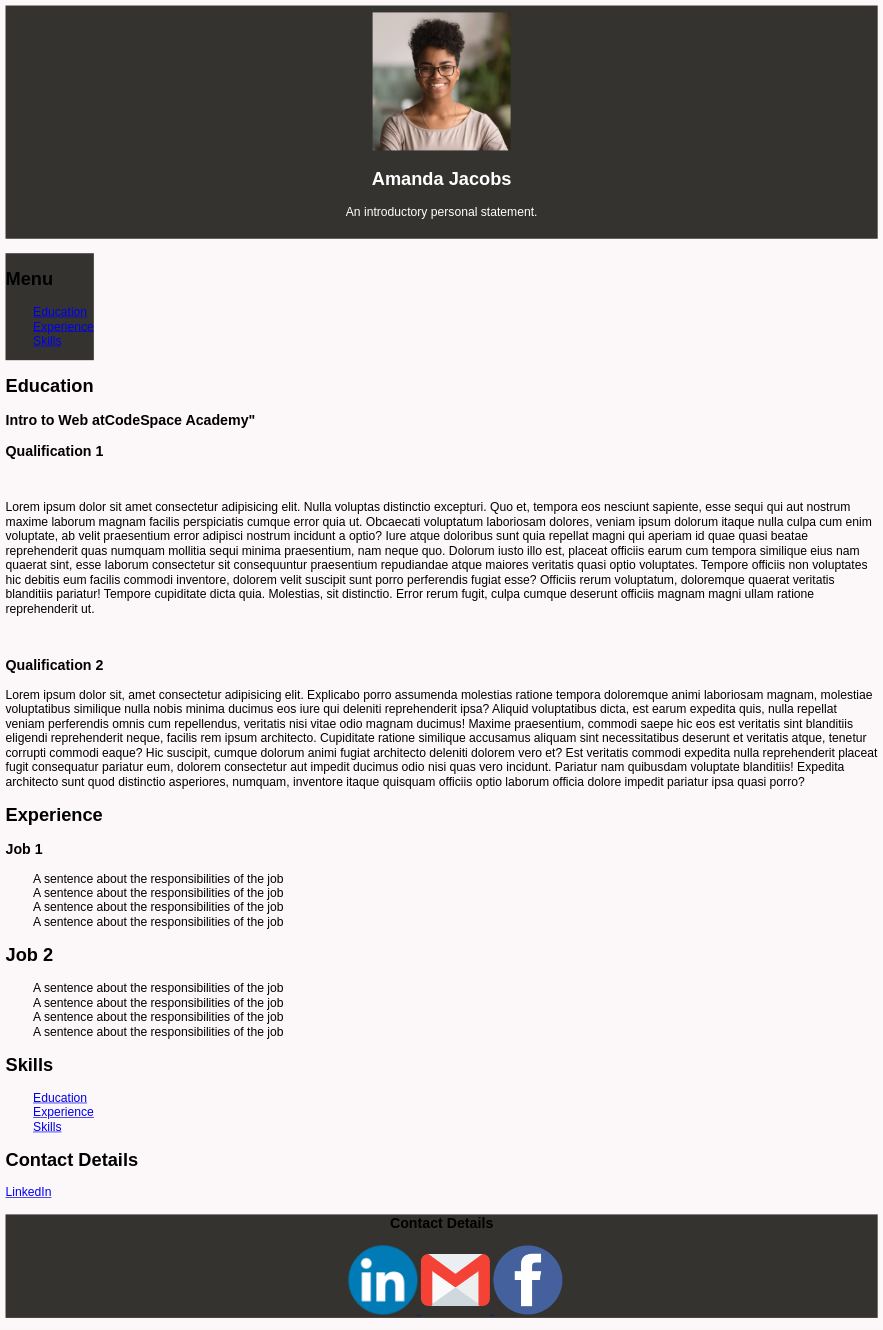
Repository: LeonardMhere/Resume-3
Page: resume `3/index.html
These files come from the project's save history. The page is drawn as it stood at one moment and after the next save; the edit follows.
The browser window is 1280 px wide. The pictures show the whole page, at 69% of full size.

Above is the page before, as saved 2023-03-23 09:24:14.

### resume `3/index.html
<!DOCTYPE html>
<html lang="en">
    <meta charset="UTF-8">
    <meta http-equiv="X-UA-Compatible" content="IE=edge">
    <meta name="viewport" content="width=device-width, initial-scale=1.0">
    <link rel="stylesheet" href="css/stylesheet.css">

<head>
    <title>Amanda Jacobs</title>
</head>

<body>


  <header id="heading">
 <aside>
   <img id="profilePhoto" src="./images/profilePhoto.jpeg" width="200px"
   alt="Error Thumbnail">

  <h1>Amanda Jacobs</h1>
  <p>An introductory personal statement.</p>

    </header>

    <br/>
<main>
  <section>
   <article>
     <div class="nav-menu">
      <nav>
        <h2>Menu</h2>

  <ul>
      <li><a href="education">Education</a></li>
      <li><a href="experience">Experience</a></li>
      <li><a href="skills">Skills</a></li>
      </div>
  </ul>
</nav>
</aside>



<div class="box-1">
  <h2 id="education">Education</h2>
  <h3>Intro to Web at<a href="http://codespace.co.za/"></a>CodeSpace Academy"</a></h3>



  <h3>Qualification 1</h3>
  <br/>
     <p>Lorem ipsum dolor sit amet consectetur adipisicing elit. Nulla voluptas distinctio excepturi.
       Quo et, tempora eos nesciunt sapiente, esse sequi qui aut nostrum maxime laborum magnam facilis perspiciatis cumque error quia ut. Obcaecati voluptatum laboriosam dolores, veniam ipsum dolorum itaque nulla culpa cum enim voluptate,
       ab velit praesentium error adipisci nostrum incidunt a optio? Iure atque doloribus sunt quia repellat magni qui aperiam id quae quasi beatae reprehenderit quas numquam mollitia sequi minima praesentium, nam neque quo. Dolorum iusto illo est, placeat officiis earum cum tempora similique eius nam quaerat sint, esse laborum consectetur sit consequuntur praesentium repudiandae atque maiores veritatis quasi optio voluptates. Tempore officiis non voluptates hic debitis eum facilis commodi inventore, dolorem velit suscipit sunt porro perferendis fugiat esse? Officiis rerum voluptatum, doloremque quaerat veritatis blanditiis pariatur! Tempore cupiditate dicta quia. Molestias, sit distinctio. Error rerum fugit, culpa cumque deserunt officiis magnam magni ullam ratione reprehenderit ut.
      </p>
    </div>
      <br/>

  <div class="box-2">
   <h3>Qualification 2</h3>

      <p>
        Lorem ipsum dolor sit, amet consectetur adipisicing elit. Explicabo porro assumenda molestias ratione tempora doloremque animi laboriosam magnam, molestiae voluptatibus similique nulla nobis minima ducimus eos iure qui deleniti reprehenderit ipsa? Aliquid voluptatibus dicta, est earum expedita quis, nulla repellat veniam perferendis omnis cum repellendus, veritatis nisi vitae odio magnam ducimus! Maxime praesentium, commodi saepe hic eos est veritatis sint blanditiis eligendi reprehenderit neque, facilis rem ipsum architecto. Cupiditate ratione similique accusamus aliquam sint necessitatibus deserunt et veritatis atque, tenetur corrupti commodi eaque? Hic suscipit, cumque dolorum animi fugiat architecto deleniti dolorem vero et? Est veritatis commodi expedita nulla reprehenderit placeat fugit consequatur pariatur eum, dolorem consectetur aut impedit ducimus odio nisi quas vero incidunt. Pariatur nam quibusdam voluptate blanditiis! Expedita architecto sunt quod distinctio asperiores, numquam, inventore itaque quisquam officiis optio laborum officia dolore impedit pariatur ipsa quasi porro?
      </p>
    </div>


    <h2 id="experience">Experience</h2>

    <h3>Job 1</h3>
    <p>
        <ul>
            <li>A sentence about the responsibilities of the job</li>
            <li>A sentence about the responsibilities of the job</li>
            <li>A sentence about the responsibilities of the job</li>
            <li>A sentence about the responsibilities of the job</li>
        </ul>
    </p>



    <h2>Job 2</h2>

     <p>
        <ul>
            <li>A sentence about the responsibilities of the job</li>
            <li>A sentence about the responsibilities of the job</li>
            <li>A sentence about the responsibilities of the job</li>
            <li>A sentence about the responsibilities of the job</li>
        </ul>
     </p>



      <h2 id="skills">Skills</h2>

<ul>
  <li><a href="#education">Education</a></li>
  <li><a href="#experience">Experience</a></li>
  <li><a href="#Skills">Skills</a></li>
</ul>
</p>

<h2>Contact Details</h2>
<p><a href="http://linkedin.com">LinkedIn</a>

    </section>
  </article>
</main>








<footer>
    <h3>Contact Details</h3>
    <ul>
       <a href="http://linkedin.com" target="_blank">
           <img class="icons" src="images/linkedinIcon.png"
           alt="Amanda Jacobs Linkedin"
           width="100px">

       </a>

       <a href="//http://gmail.com" target="_blank">
        <img class="icons" src="images/gmailIcon.png"
        alt="Amanda Jacobs Gmail"
        width="100px">
       </a>

       <a href="//http://facebook.com" target="_blank">
        <img class="icons" src="images/facebookIcon.png"
        alt="Amanda Jacobs facebook Account"
        width="100px">
       </a>
</ul>
</footer>











</body>
</html>

### resume `3/css/stylesheet.css
body{
  font-family: sans-serif;
  font-size:110%;
  background-color: #FCF7F8;
}

header {
  text-align: center;
  background-color: #343330;
  color: white;
  padding: 10px 0 10px ;
}



.nav-menu{
    background-color:#343330;
    height: 40%;
    width: fit-content;
    overflow: auto;
    background-color:
}

ul {
  list-style: none;
}





footer {
  background-color: #343330;
  text-align: center;
}

After the next save:
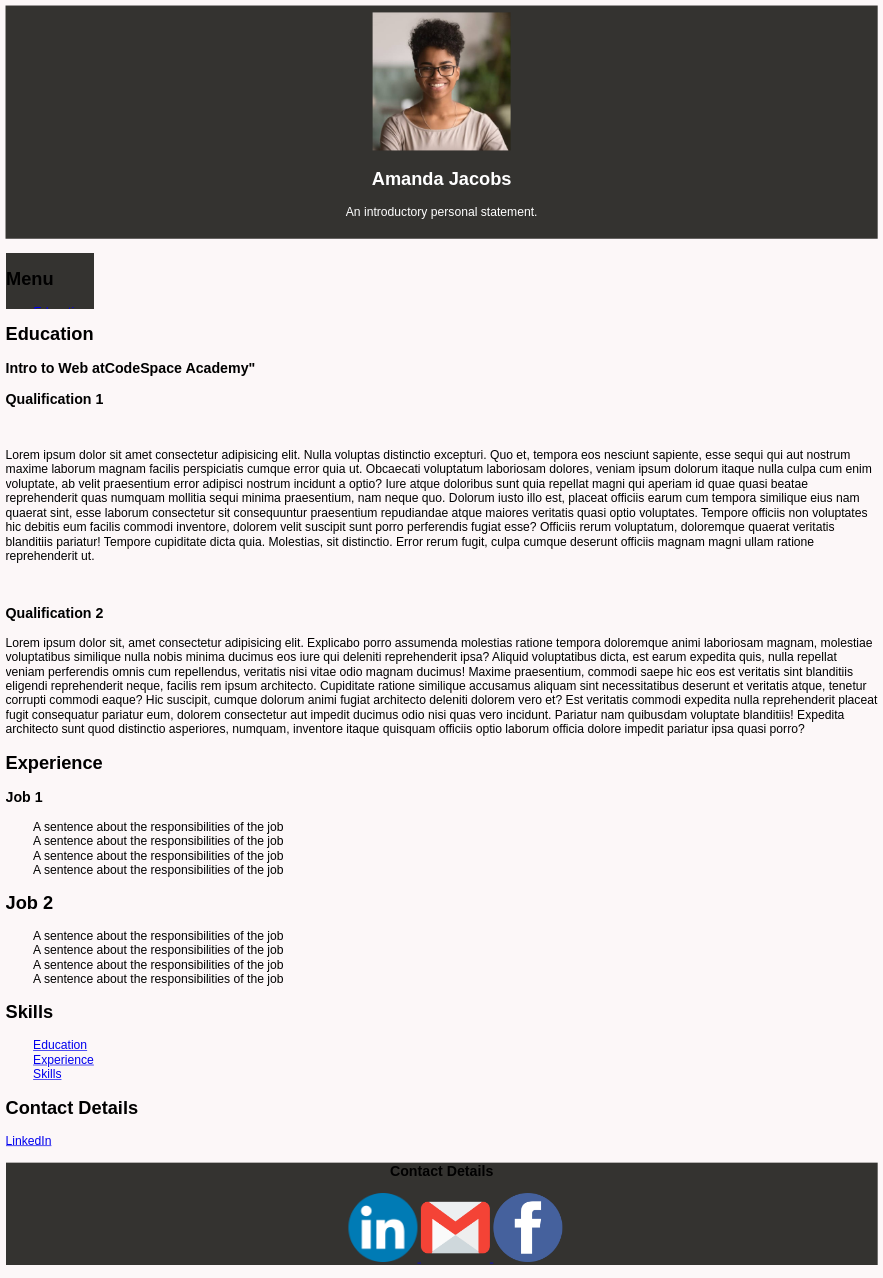
Saved 14 s later.
--- a/resume `3/css/stylesheet.css
+++ b/resume `3/css/stylesheet.css
@@ -15,7 +15,7 @@ header {
 
 .nav-menu{
     background-color:#343330;
-    height: 40%;
+    height: 80px;
     width: fit-content;
     overflow: auto;
     background-color:
